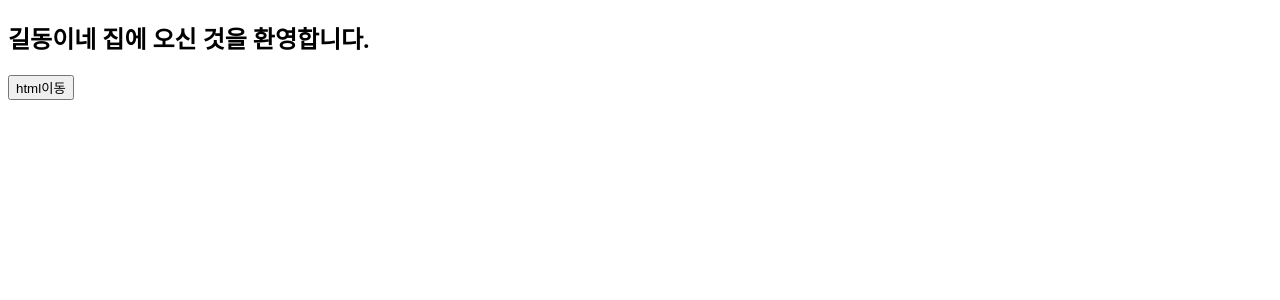
Repository: asfsdw/springBoot
Page: demo1/src/main/resources/static/index.html
An editor plug-in stored every save of this project. The page is shown before and after the next save, followed by the edit.
The browser window is 1280 px wide. The pictures show the whole page.

Above is the page before, as saved 2025-10-29 08:30:18.

### demo1/src/main/resources/static/index.html
<!DOCTYPE html>
<html>
<head>
	<meta charset="UTF-8">
	<title>index</title>
</head>
<body>
	<h2>길동이네 집에 오신 것을 환영합니다.</h2>
	<input type="button" value="html이동" onclick="location.href='localhost:9091/'" />
</body>
</html>

After the next save:
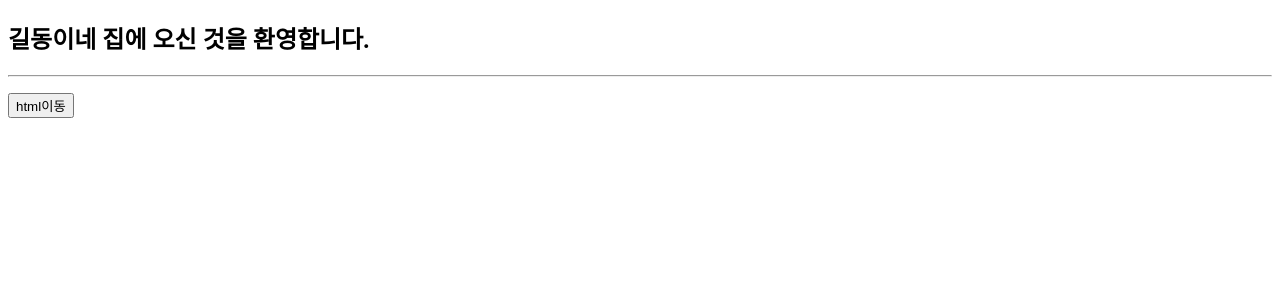
Saved 15 s later.
--- a/demo1/src/main/resources/static/index.html
+++ b/demo1/src/main/resources/static/index.html
@@ -6,6 +6,7 @@
 </head>
 <body>
 	<h2>길동이네 집에 오신 것을 환영합니다.</h2>
+	<p><hr/></p>
 	<input type="button" value="html이동" onclick="location.href='localhost:9091/'" />
 </body>
 </html>
